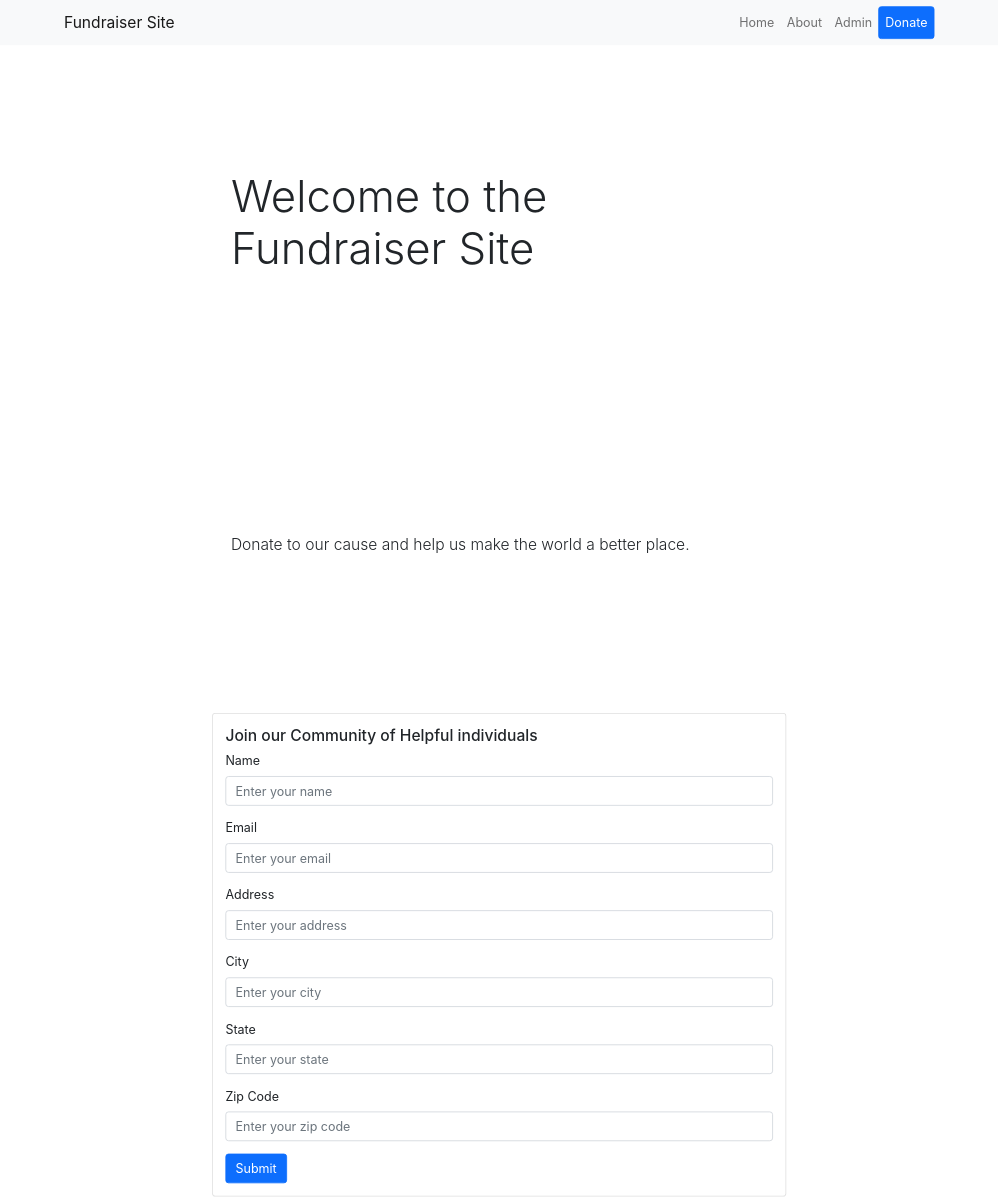
Repository: DragonFruit8/Fundraiser-Page
Page: /
The author's editor kept a copy of each file at every save. The page is drawn from the files as they stood at one save, then again after the next save.
The browser window is 1280 px wide. The pictures show the whole page, at 78% of full size.
The project was rebuilt for these pictures with package versions that can differ from the ones it lists, and the page was loaded fresh each time. Also part of the build but not shown: src/pages/About.js, src/pages/Donate.js, src/pages/Admin.js.

Above is the page before, as saved 2024-07-19 12:43:40.

After the next save:
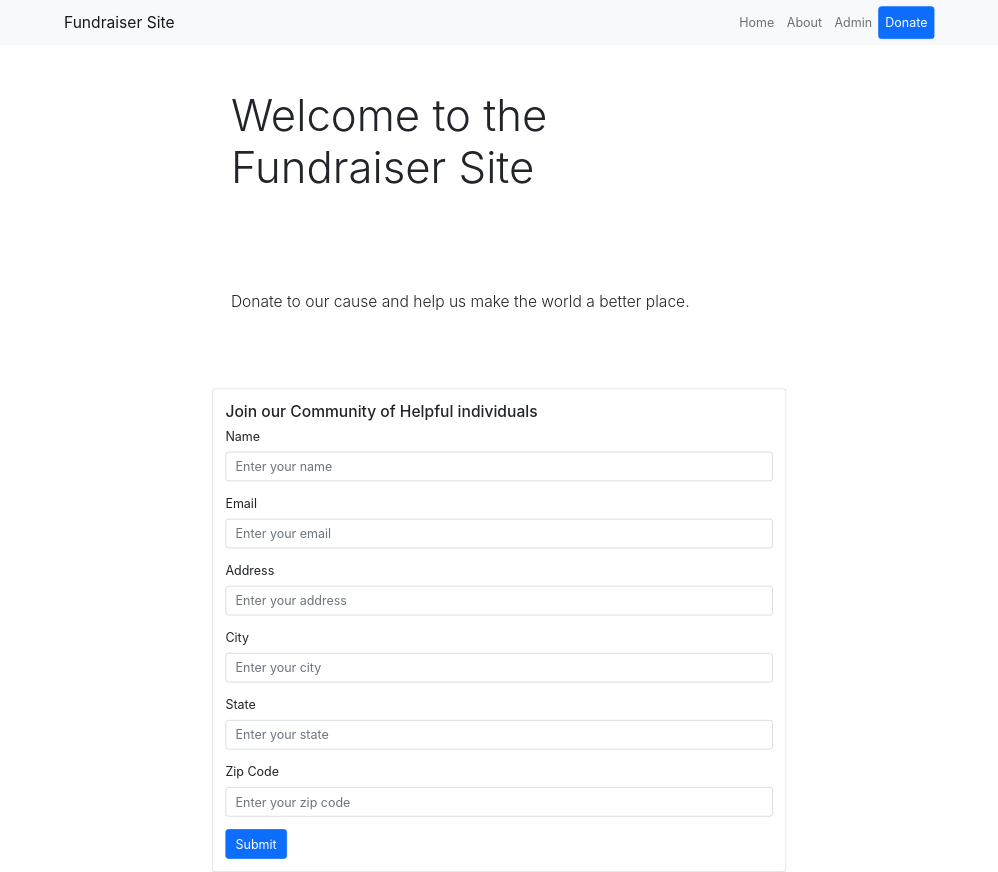
Saved 8 s later.
--- a/src/pages/Home.js
+++ b/src/pages/Home.js
@@ -34,7 +34,7 @@ const Home = () => {
         <section className="container">
             <div className="row justify-content-center">
                 <div className="col-md-8">
-                    <div className="d-flex container row h-100 justify-content-center align-items-center">
+                    <div className="d-flex container row h-50 justify-content-center align-items-center">
                         <h1 className="display-4">Welcome to the Fundraiser Site</h1>
                         <p className="lead">Donate to our cause and help us make the world a better place.</p>
                     </div>
